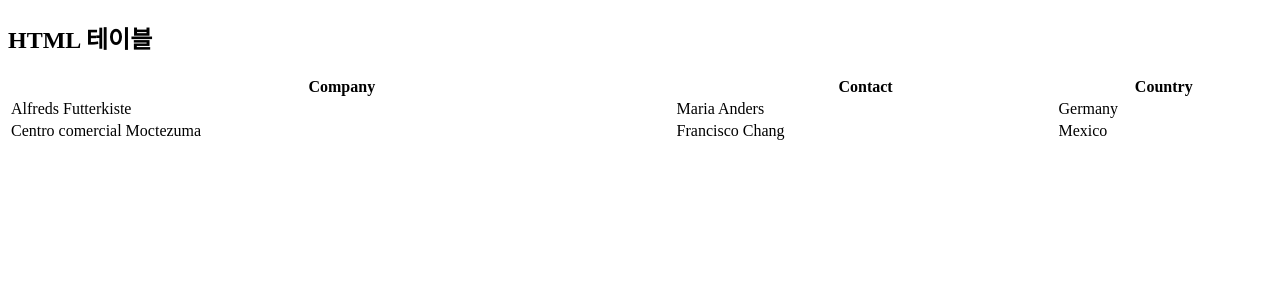
Repository: start-ha/MSA_EDU
Page: WEB/WebFront/WebLabs/Web/src/main/webapp/Ex06_Table.html
An editor plug-in stored every save of this project. The page is shown before and after the next save, followed by the edit.
The browser window is 1280 px wide. The pictures show the whole page.

Above is the page before, as saved 2025-09-16 06:52:43.

After the next save:
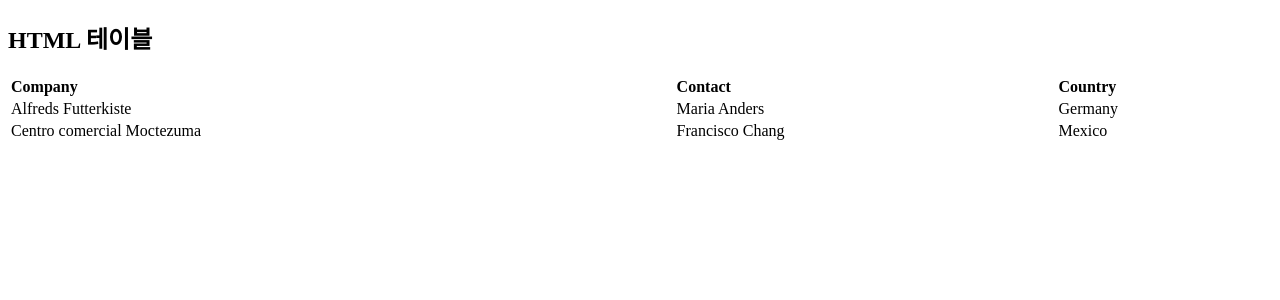
Saved 104 s later.
--- a/WEB/WebFront/WebLabs/Web/src/main/webapp/Ex06_Table.html
+++ b/WEB/WebFront/WebLabs/Web/src/main/webapp/Ex06_Table.html
@@ -3,6 +3,15 @@
 <head>
 <meta charset="UTF-8">
 <title>Insert title here</title>
+<style type="text/css">
+	table{width: 100%;}
+	th,td{
+		boarder: 1px solid red;
+		text-align: left;
+
+		}
+
+</style>
 </head>
 <body>
 <h2>HTML 테이블</h2>
